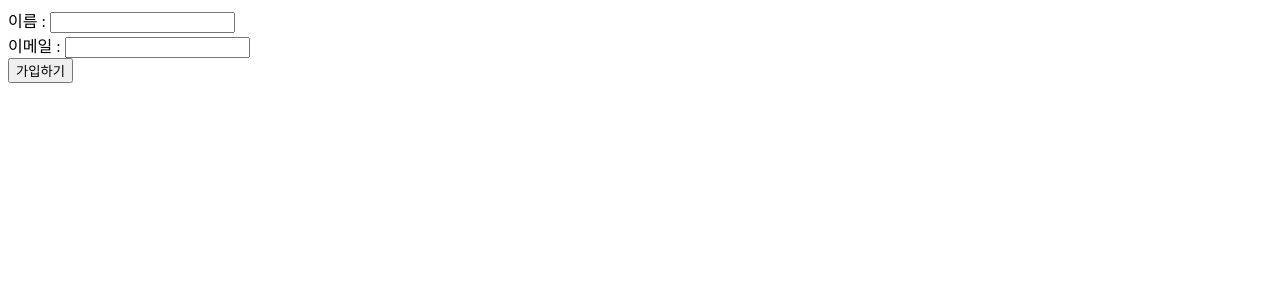
Repository: phoresis92/KITRI_JSP
Page: JSP_workspace/RequestServlet/WebContent/input.html
These files come from the project's save history. The page is drawn as it stood at one moment and after the next save; the edit follows.
The browser window is 1280 px wide. The pictures show the whole page.

Above is the page before, as saved 2018-12-18 00:57:09.

### JSP_workspace/RequestServlet/WebContent/input.html
<!DOCTYPE html>
<html>
<head>
<meta charset="UTF-8">
<title>회원 가입</title>
</head>
<body>


	<form action="reg.do" method="post">
		<label>이름 : </label><input name="p_name" type="text"><br>
		<label>이메일 : </label><input name="p_email" type="text"><br>
		<input type="submit" value="가입하기">
	</form>
</body>
</html>

After the next save:
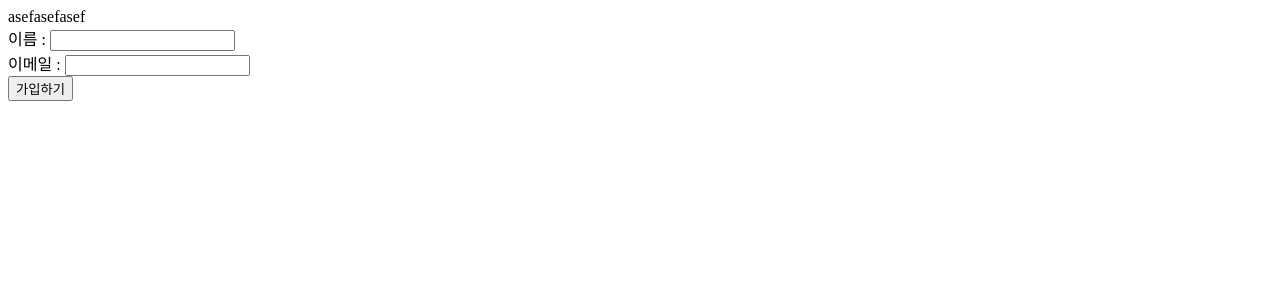
Saved 14 s later.
--- a/JSP_workspace/RequestServlet/WebContent/input.html
+++ b/JSP_workspace/RequestServlet/WebContent/input.html
@@ -5,7 +5,7 @@
 <title>회원 가입</title>
 </head>
 <body>
-
+asefasefasef
 
 	<form action="reg.do" method="post">
 		<label>이름 : </label><input name="p_name" type="text"><br>

After the save that followed:
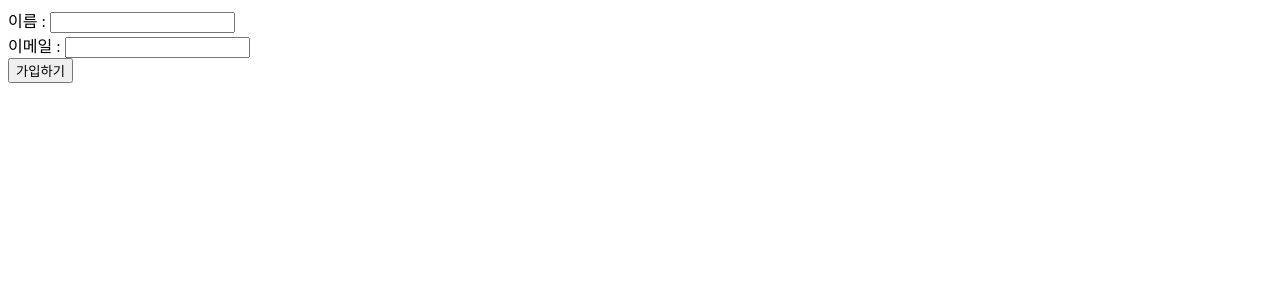
Saved 8 min 48 s later.
--- a/JSP_workspace/RequestServlet/WebContent/input.html
+++ b/JSP_workspace/RequestServlet/WebContent/input.html
@@ -5,8 +5,6 @@
 <title>회원 가입</title>
 </head>
 <body>
-asefasefasef
-
 	<form action="reg.do" method="post">
 		<label>이름 : </label><input name="p_name" type="text"><br>
 		<label>이메일 : </label><input name="p_email" type="text"><br>
